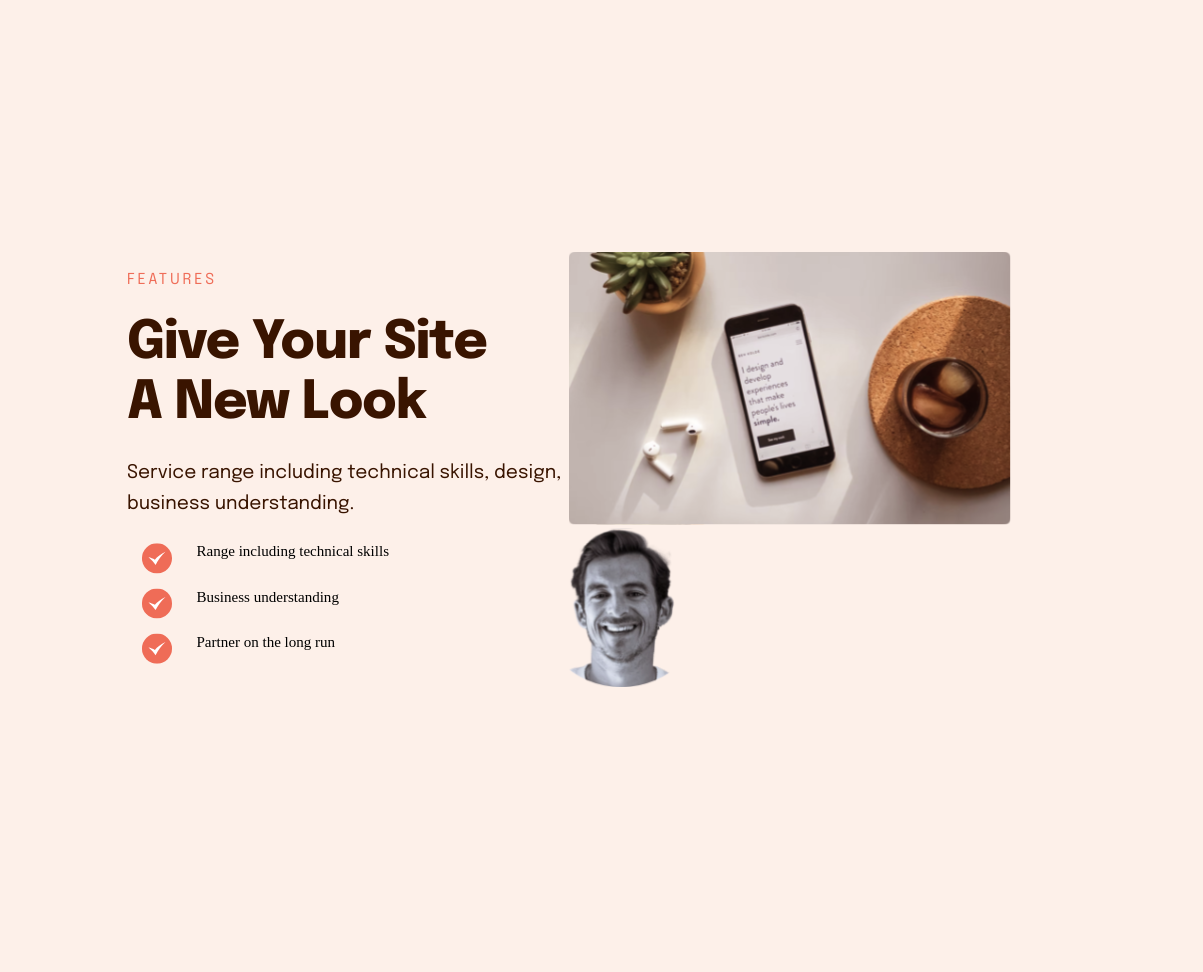
Repository: kubrazamanova/Project-6
Page: index.html
These files come from the project's save history. The page is drawn as it stood at one moment and after a run of saves; the edit follows.
The browser window is 1280 px wide. The pictures show the whole page, at 94% of full size.

Above is the page before, as saved 2023-09-23 10:13:58.

### index.html
<!DOCTYPE html>
<html lang="en">
  <head>
    <meta charset="UTF-8" />
    <meta name="viewport" content="width=device-width, initial-scale=1.0" />
    <link rel="stylesheet" href="index.css" />
    <title>Document</title>
  </head>
  <body>
    <div class="container">
      <div class="box-1">
        <h1>Features</h1>
        <h2>Give Your Site <br />A New Look</h2>
        <span
          >Service range including technical skills, design,<br />
          business understanding.</span
        >
        <ul>
          <li>
            <div class="svg">
              <svg
                xmlns="http://www.w3.org/2000/svg"
                width="32"
                height="32"
                viewBox="0 0 32 32"
                fill="none"
              >
                <circle cx="16" cy="16" r="16" fill="#EF6C57" />
                <path
                  fill-rule="evenodd"
                  clip-rule="evenodd"
                  d="M7 14.9206C9.07075 15.3461 11.734 16.1698 13.75 17.465C16.1178 14.3345 20.371 11.406 25 9C20.6042 13.2739 16.9668 18.1236 14.5 23C12.5118 20.2129 10.3398 17.6189 7 14.9206Z"
                  fill="white"
                />
              </svg>
              <p>Range including technical skills</p>
            </div>
          </li>
          <li>
            <div class="svg">
              <svg
                xmlns="http://www.w3.org/2000/svg"
                width="32"
                height="32"
                viewBox="0 0 32 32"
                fill="none"
              >
                <circle cx="16" cy="16" r="16" fill="#EF6C57" />
                <path
                  fill-rule="evenodd"
                  clip-rule="evenodd"
                  d="M7 14.9206C9.07075 15.3461 11.734 16.1698 13.75 17.465C16.1178 14.3345 20.371 11.406 25 9C20.6042 13.2739 16.9668 18.1236 14.5 23C12.5118 20.2129 10.3398 17.6189 7 14.9206Z"
                  fill="white"
                />
              </svg>
              <p>Business understanding</p>
            </div>
          </li>
          <li>
            <div class="svg">
              <svg
                xmlns="http://www.w3.org/2000/svg"
                width="32"
                height="32"
                viewBox="0 0 32 32"
                fill="none"
              >
                <circle cx="16" cy="16" r="16" fill="#EF6C57" />
                <path
                  fill-rule="evenodd"
                  clip-rule="evenodd"
                  d="M7 14.9206C9.07075 15.3461 11.734 16.1698 13.75 17.465C16.1178 14.3345 20.371 11.406 25 9C20.6042 13.2739 16.9668 18.1236 14.5 23C12.5118 20.2129 10.3398 17.6189 7 14.9206Z"
                  fill="white"
                />
              </svg>
              <p>Partner on the long run</p>
            </div>
          </li>
        </ul>
      </div>

      <div class="image">
        <img src="./Bitmap.svg" alt="" />
        <img src="./Bitmap (1).svg" alt="" />
      </div>
    </div>
  </body>
</html>

### index.css
@import url("https://fonts.googleapis.com/css2?family=Epilogue:wght@400;800&display=swap");
* {
  margin: 0;
  padding: 0;
  box-sizing: border-box;
}
.container {
  display: flex;
  align-items: center;
  justify-content: space-between;
  padding: 268px 135px 299px 135px;
  min-height: 100vh;
  background: #fdf0e9;
}

.container .box-1 h1 {
  margin-bottom: 20px;
  color: var(--Text_Dark_Accent, #ef6d58);
  font-feature-settings: "clig" off, "liga" off;
  font-family: Epilogue;
  font-size: 16px;
  font-style: normal;
  font-weight: 400;
  line-height: 32px;
  letter-spacing: 3px;
  text-transform: uppercase;
}

.container .box-1 h2 {
  margin-bottom: 26px;
  color: var(--Text_Dark, #391400);
  font-feature-settings: "clig" off, "liga" off;
  font-family: Epilogue;
  font-size: 56px;
  font-style: normal;
  font-weight: 800;
  line-height: 64px;
  letter-spacing: -1px;
}

.container .box-1 span {
  display: block;
  margin-bottom: 26px;
  width: 470px;
  color: var(--Text_Dark, #391400);
  font-feature-settings: "clig" off, "liga" off;
  font-family: Epilogue;
  font-size: 20px;
  font-style: normal;
  font-weight: 400;
  line-height: 32px;
}

.container .box-1 ul li {
  list-style-type: none;
  margin-bottom: 16px;
}

.container .box-1 ul svg {
  margin-right: 26px;
}
.container .box-1 .svg {
  display: flex;
  margin-left: 16px;
}

.container .box-1 .image {
  width: 470px;
  background: url(<path-to-image>), lightgray 0px 0px / 100% 100% no-repeat;
}

After the next 3 saves:
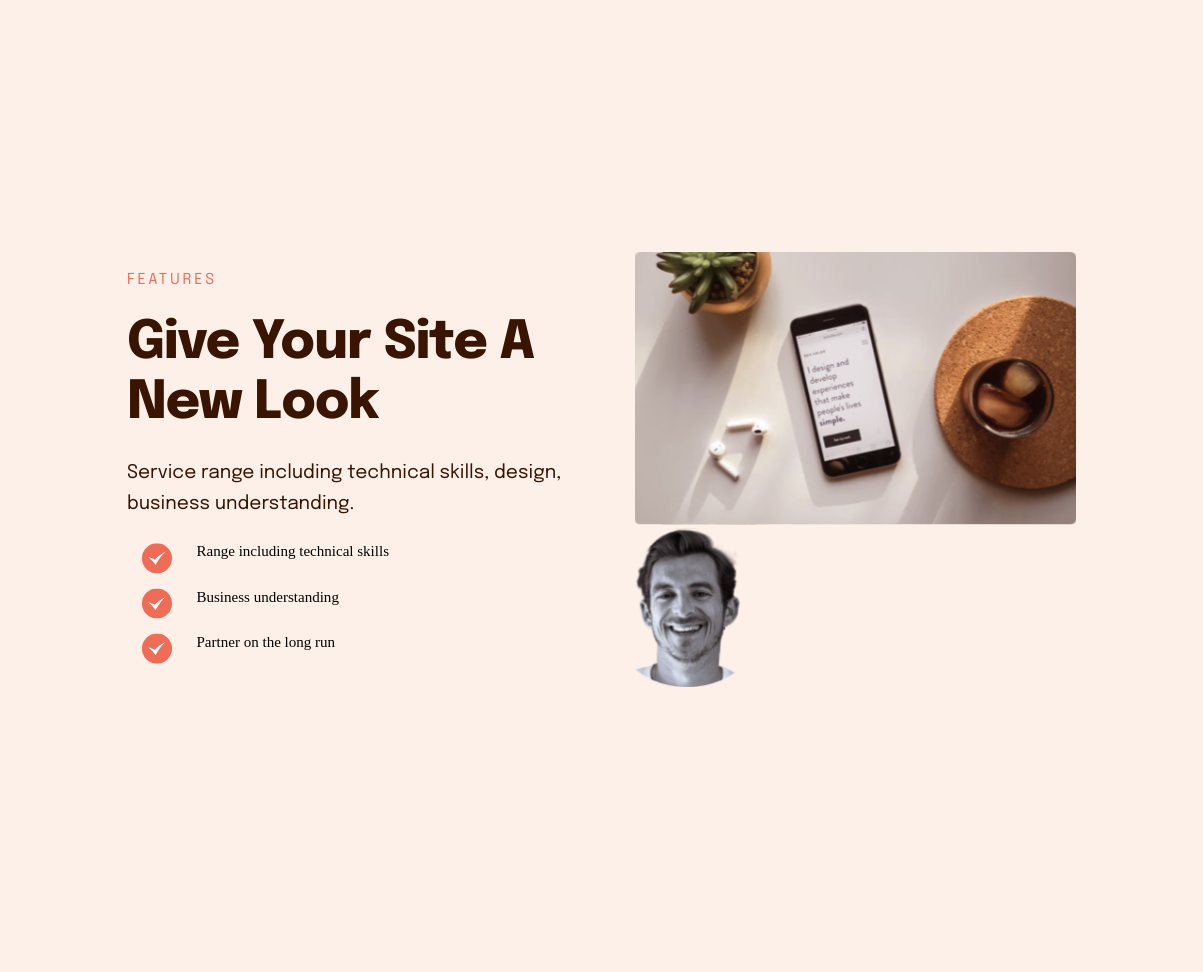
The 3 saves are shown as one change because they came seconds apart.
The last was saved 96 s later.
--- a/index.html
+++ b/index.html
@@ -10,7 +10,7 @@
     <div class="container">
       <div class="box-1">
         <h1>Features</h1>
-        <h2>Give Your Site <br />A New Look</h2>
+        <h2>Give Your Site A New Look</h2>
         <span
           >Service range including technical skills, design,<br />
           business understanding.</span

After the 2 saves that followed:
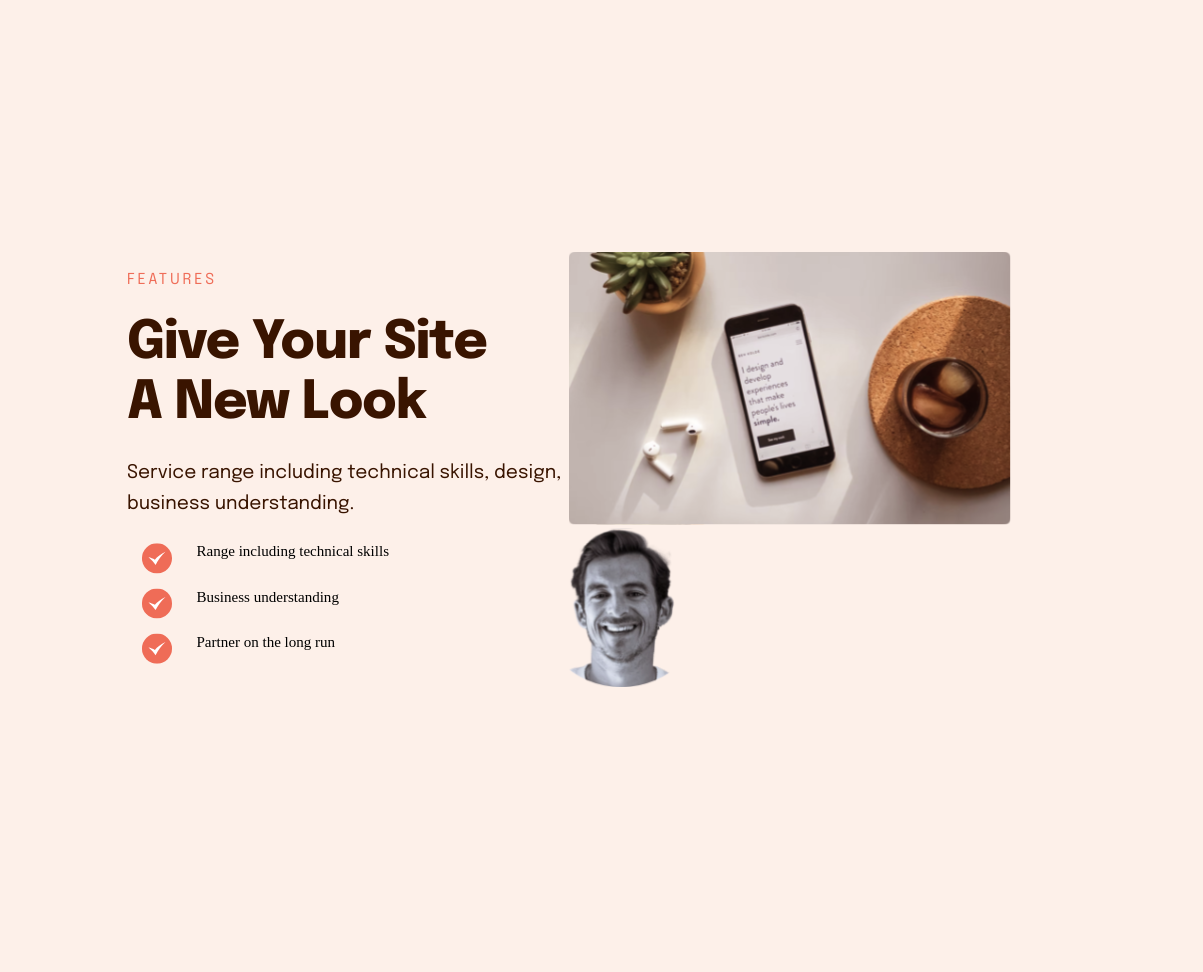
The 2 saves are shown as one change because 1 left the picture as it was.
The last was saved 27 s later.
--- a/index.css
+++ b/index.css
@@ -27,6 +27,7 @@
 }
 
 .container .box-1 h2 {
+  width: 397px;
   margin-bottom: 26px;
   color: var(--Text_Dark, #391400);
   font-feature-settings: "clig" off, "liga" off;
